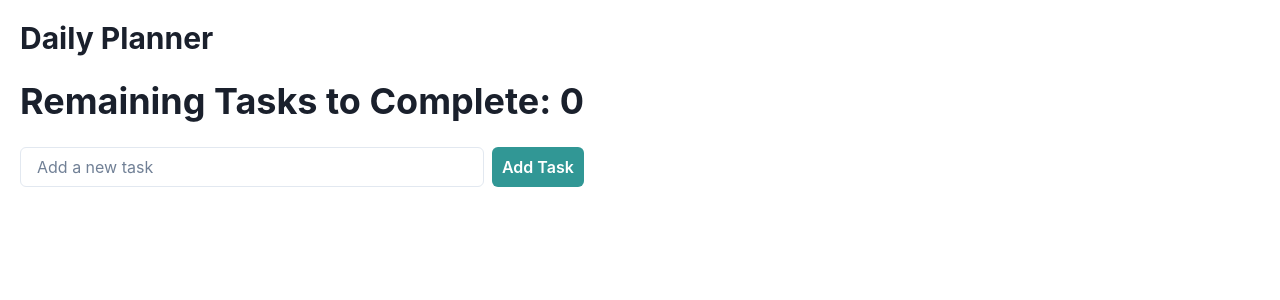
Repository: navnneett/COMP-3170-lab04
Page: /
These files come from the project's save history. The page is drawn as it stood at one moment and after the next save; the edit follows.
The browser window is 1280 px wide. The pictures show the whole page.
The project was rebuilt for these pictures with package versions that can differ from the ones it lists, and the page was loaded fresh each time. Also part of the build but not shown: vite.config.js, src/components/Task.jsx.

Above is the page before, as saved 2024-10-20 20:18:19.

### src/App.jsx
import { useState } from 'react';
import { Box, Heading, VStack, ChakraProvider } from '@chakra-ui/react';
import TaskForm from './components/TaskForm';
import Task from './components/Task';

function App() {
  const [tasks, setTasks] = useState([]);

  const addTask = (taskName) => {
    if (!taskName) return;
    const newTask = { id: Date.now(), name: taskName, completed: false };
    setTasks((prevTasks) => [...prevTasks, newTask]);
  };

  const toggleTask = (id) => {
    setTasks((prevTasks) =>
      prevTasks.map((task) =>
        task.id === id ? { ...task, completed: !task.completed } : task
      )
    );
  };

  const deleteTask = (id) => {
    setTasks((prevTasks) => prevTasks.filter((task) => task.id !== id));
  };

  const remainingTasks = tasks.filter((task) => !task.completed).length;

  return (
    <ChakraProvider>
      <Box p={5}>
      <Heading mb={6} size="lg">Daily Planner</Heading>
      <Heading mb={6}>Remaining Tasks to Complete: {remainingTasks}</Heading>
        <TaskForm addTask={addTask} />
        <VStack spacing={3} mt={5}>
          {tasks.length > 0 &&
            tasks.map((task) => (
              <Task
                key={task.id}
                task={task}
                toggleTask={toggleTask}
                deleteTask={deleteTask}
              />
            ))}
        </VStack>
      </Box>
    </ChakraProvider>
  );
}

export default App;

### src/components/TaskForm.jsx
import { useState } from 'react';
import { Input, Button, HStack } from '@chakra-ui/react';

function TaskForm({ addTask }) {
  const [taskName, setTaskName] = useState('');

  const handleSubmit = (e) => {
    e.preventDefault();
    addTask(taskName);
    setTaskName(''); // Reset input after submission
  };

  return (
    <form onSubmit={handleSubmit}>
      <HStack>
        <Input
          value={taskName}
          onChange={(e) => setTaskName(e.target.value)}
          placeholder="Add a new task"
          required
        />
        <Button type="submit" colorScheme="teal">
          Add Task
        </Button>
      </HStack>
    </form>
  );
}

export default TaskForm;

Loaded but not shown: index.html (common file); src/main.jsx (common file); src/index.css (common file)

After the next save:
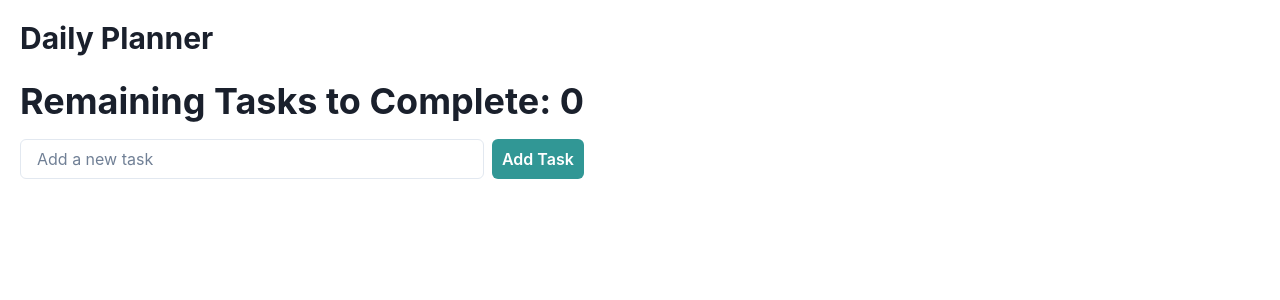
Saved 37 s later.
--- a/src/App.jsx
+++ b/src/App.jsx
@@ -29,8 +29,8 @@ function App() {
   return (
     <ChakraProvider>
       <Box p={5}>
-      <Heading mb={6} size="lg">Daily Planner</Heading>
-      <Heading mb={6}>Remaining Tasks to Complete: {remainingTasks}</Heading>
+        <Heading mb={6} size="lg">Daily Planner</Heading>
+        <Heading mb={4}>Remaining Tasks to Complete: {remainingTasks}</Heading>
         <TaskForm addTask={addTask} />
         <VStack spacing={3} mt={5}>
           {tasks.length > 0 &&
